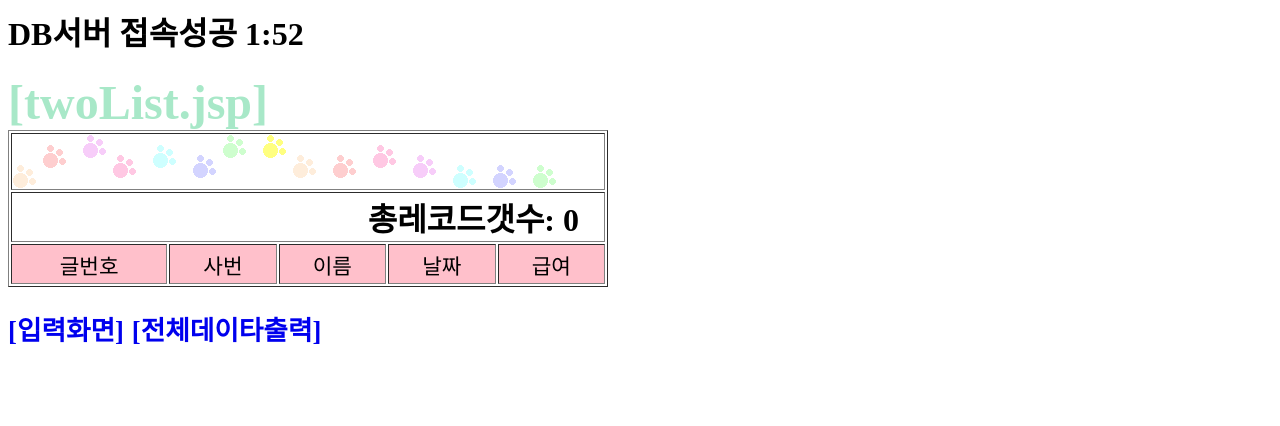
Repository: sorakazae/ITBANK_JSP_101
Page: http://localhost/Web0517/twoList.jsp
An editor plug-in stored every save of this project. The page is shown before and after the next save, followed by the edit.
The browser window is 1280 px wide. The pictures show the whole page.
The page is served by Tomcat 9. Queries for data that is not in the repository find no rows.

Above is the page before, as saved 2014-06-01 02:49:00.

### day8/my/Web0517/WebContent/twoList.jsp
<%@ page language="java" contentType="text/html; charset=EUC-KR"
    pageEncoding="EUC-KR"%>

<%@ page import="java.sql.*" %>
<%@ page import="java.util.*" %>

<%!
	private Connection CN;  // DB서버연결정보
	private Statement ST;  // 정적명령어, select, delete쿼리문실행
	private PreparedStatement PST;  // insert, update쿼리문실행
	private ResultSet RS; //RS=ST.executeQuery(sql); 조회된결과
	private String sql; //쿼리문기술 insert, select

	private int Gsabun; //사번값을 받을 필드
	private String Gname; //이름값을 받을 필드
	private int data1;//사번값 데이타값 받을 필드
	private String data2;//이름 데이타값 받을 필드
	private int data3;//급여 데이타값 받을 필드
%>


<%
	try{
		Class.forName("oracle.jdbc.driver.OracleDriver");

		String url="jdbc:oracle:thin:@127.0.0.1:1521:XE";
		CN=DriverManager.getConnection(url, "system","oracle");
		out.println("<h1>DB서버 접속성공 1:52</h1>");
	}catch(Exception ex){
		out.println("<h1>접속에러: "+ex.toString()+"</h1>");
	}

%>

<html>
<head>
<title> [twoList.jsp] </title>
	<style type="text/css">
		td{ font-size:16pt; }
		a{text-decoration:none; font-size:20pt; font-family:궁서체; }
		a:hover{text-decoration:underline;font-size:36pt; font-family:궁서체; }
	</style>
</head>

<body>
 <table border=1 width=600>
  <tr>
  	<td colspan=5 height=40> <img src="images/bar.gif"> </td>
  </tr>
 <%
   int total=0;
   String sql2="select count(*) as cnt from insa";
   try{
	   Statement ST2=CN.createStatement();
	   ResultSet RS2=ST2.executeQuery(sql2); // sql이 아니라 sql2이다
	   if(RS2.next()==true){
		   total=RS2.getInt("cnt");
	   }
   }catch(Exception ex){}
 %>

  <tr align="right">
  	<td colspan=5 height=40>
  	<font size=6><b>총레코드갯수: <%= total %> &nbsp;&nbsp; </b></font>
  	</td>
  </tr>

  <tr height=40 bgcolor=pink align="center">
  	<td> 글번호 </td> <td> 사번 </td> <td> 이름 </td> <td> 날짜 </td> <td> 급여 </td>
  </tr>
  <font size=7 color="#A8E8C8"><b> [twoList.jsp]</b></font>
 <%
	try{
		sql="select rownum as rn, sabun, name, nalja, pay from insa order by sabun";
		ST=CN.createStatement(); //명령어생성
		RS=ST.executeQuery(sql); //조회한 결과는 ResultSet=RS기억
		while(RS.next()==true){ // 자바코드에서 html태그 분리
			Gsabun=RS.getInt("sabun");
			Gname=RS.getString("name");
%>
			<tr
			 onMouseOver="style.backgroundColor='#B7F7D7'"
			 onMouseOut="style.backgroundColor='' "
			>
		  	<td> <%= RS.getInt("rn") %>   </td>
		  	<td> <%= RS.getInt("sabun") %>   </td>
		  	<td> <a href="twoDetail.jsp?idx=<%= Gsabun %>"><%= Gname %></a></td>
		  	<td> <%= RS.getDate("nalja") %>  </td>
		  	<td> <%= RS.getInt("pay") %>     </td>
		  </tr>
<%
		}
	}catch(Exception ex){}
 %>
</table>
	<h1>
	 <a href="two.jsp">[입력화면]</a>
	 <a href="twoList.jsp">[전체데이타출력]</a>
	</h1>
</body>
</html>

After the next save:
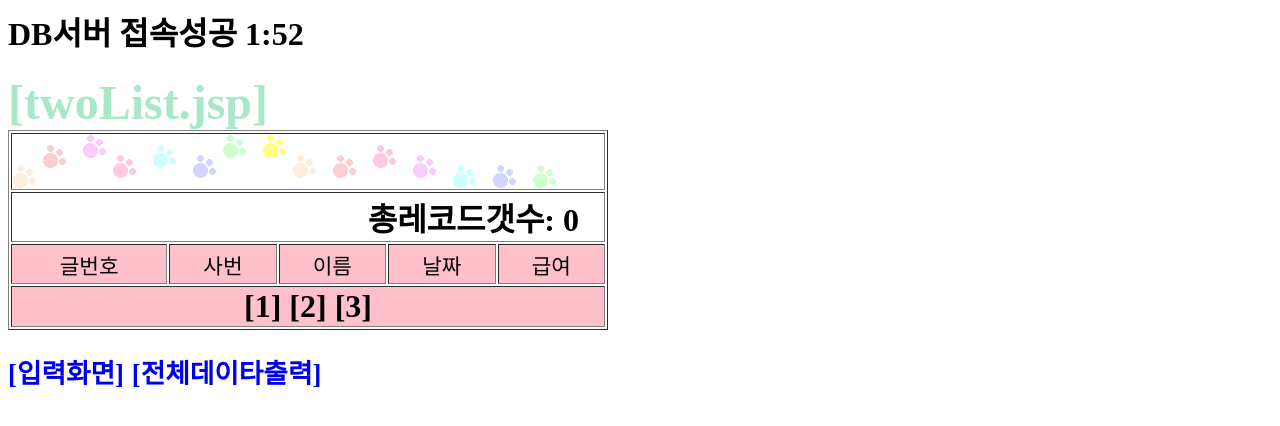
Saved 50 min 23 s later.
--- a/day8/my/Web0517/WebContent/twoList.jsp
+++ b/day8/my/Web0517/WebContent/twoList.jsp
@@ -92,6 +92,12 @@
 		}
 	}catch(Exception ex){}
  %>
+
+ <tr height=40 bgcolor=pink align="center">
+  	<td colspan=5>
+  		<font size=6> <b> [1] [2] [3] </b></font>
+  	</td>
+  </tr>
 </table>
 	<h1>
 	 <a href="two.jsp">[입력화면]</a>
